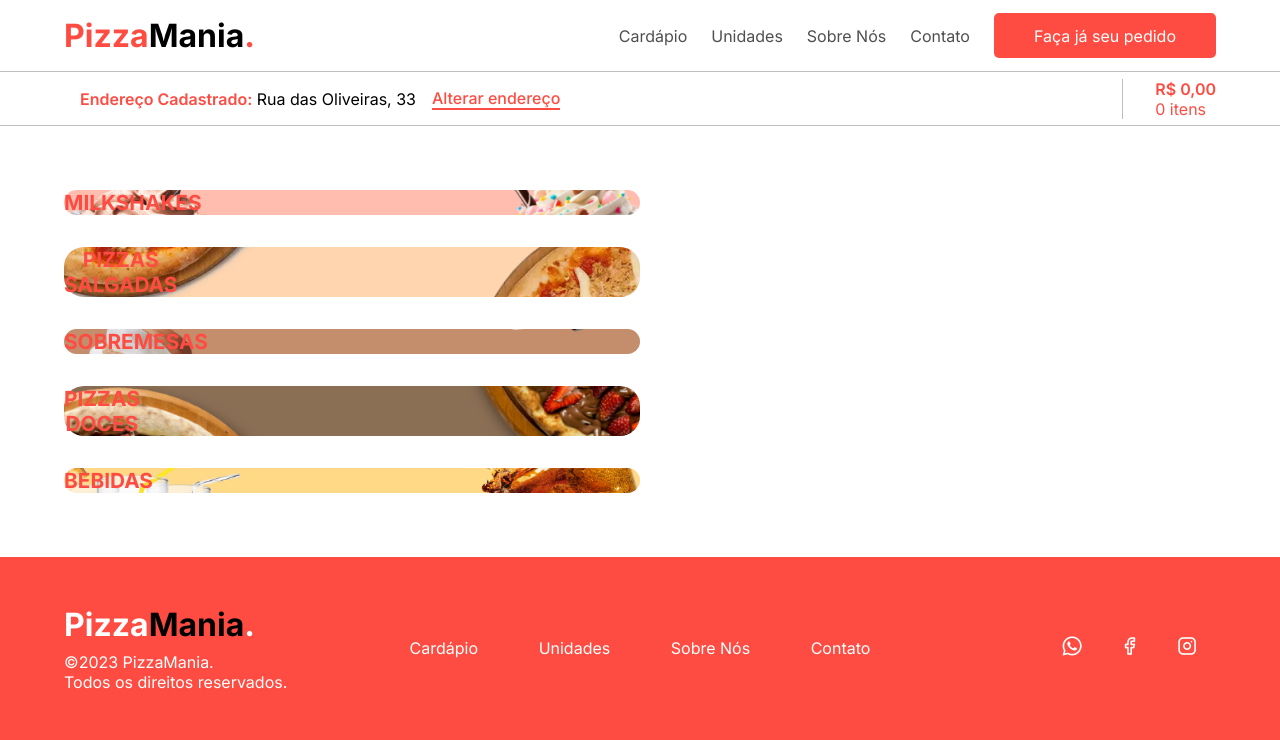
Repository: lucas-albuq/PizzaMania
Page: assets/pages/cardapio.html
These files come from the project's save history. The page is drawn as it stood at one moment and after a run of saves; the edit follows.
The browser window is 1280 px wide. The pictures show the whole page.
Some icons come from a web library that is not loaded, so they are not drawn. Some web libraries are served in a nearby version.

Above is the page before, as saved 2024-01-04 21:19:17.

After the next 2 saves:
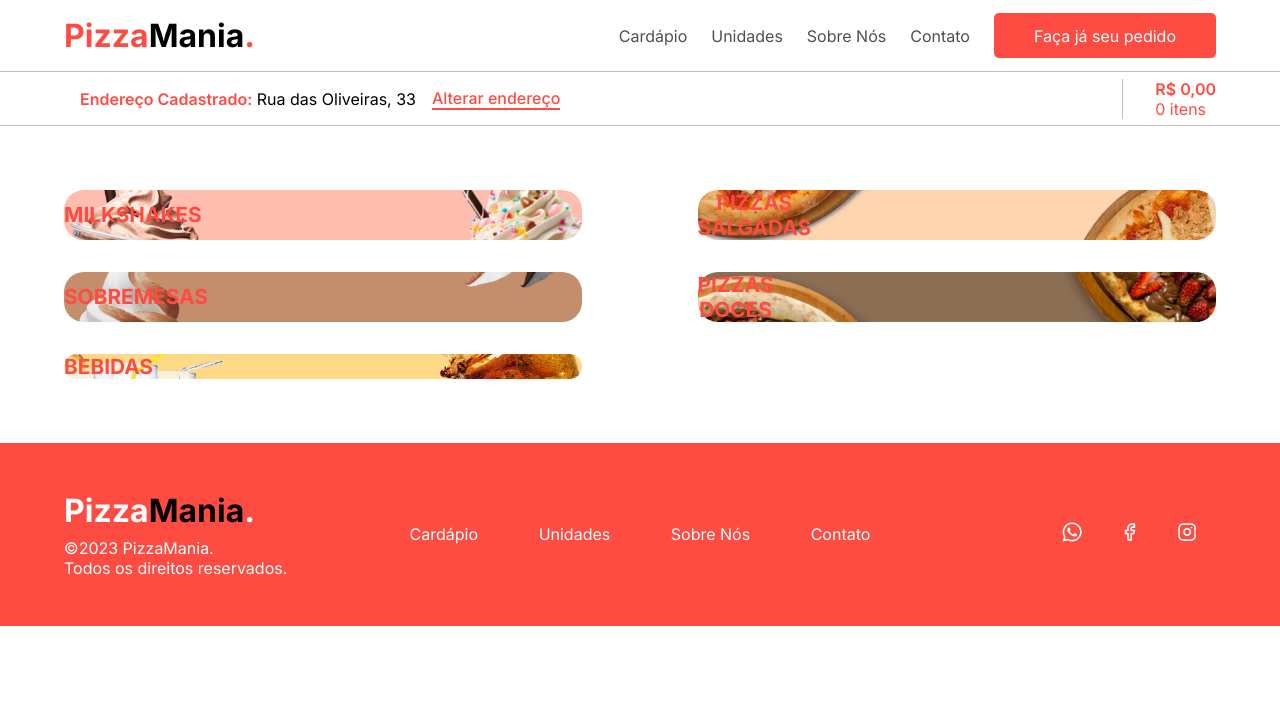
The 2 saves are shown as one change because they came seconds apart.
The last was saved 29 s later.
--- a/assets/css/pizzamania.css
+++ b/assets/css/pizzamania.css
@@ -396,7 +396,7 @@ footer .footer{
 .categorias-cardapio a{
   text-decoration: none;
   width: 45%;
-  flex: 0 0 50%
+  flex: 0 0 45%
 }
 
 .categorias-cardapio .milkshakes{
